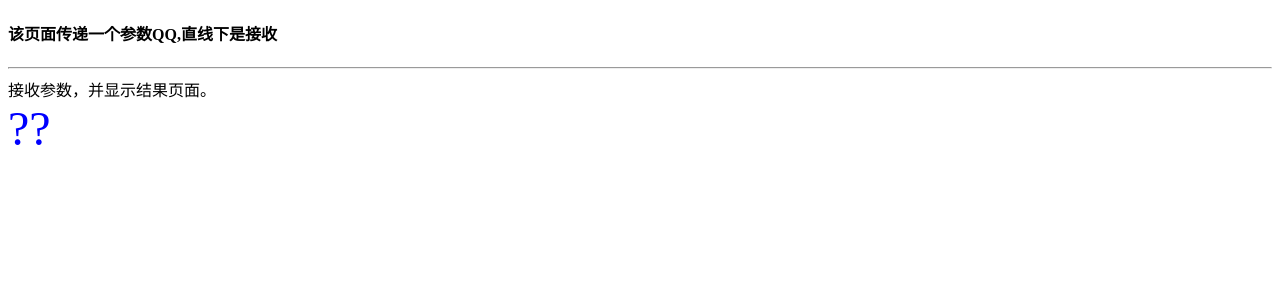
Repository: jhonprice/datecode
Page: http://localhost/jsp_study/3_5_1.jsp
An editor plug-in stored every save of this project. The page is shown before and after the next save, followed by the edit.
The browser window is 1280 px wide. The pictures show the whole page.
The page is served by Tomcat 9.

Above is the page before, as saved 2015-11-01 12:02:06.

### java空间/jsp_study/WebContent/3_5_1.jsp
<%@ page language="java" contentType="text/html; charset=UTF-8"
    pageEncoding="UTF-8"%>
<!DOCTYPE html PUBLIC "-//W3C//DTD HTML 4.01 Transitional//EN" "http://www.w3.org/TR/html4/loose.dtd">
<html>
<head>
<meta http-equiv="Content-Type" content="text/html; charset=UTF-8">
<title>传参数页面</title>
</head>
<body>
	<h4>该页面传递一个参数QQ,直线下是接收</h4>
	<hr>
	<jsp:include page="3_5_2.jsp">
		<jsp:param name="Name" value="中国"/>
	</jsp:include>

</body>
</html>

### java空间/jsp_study/WebContent/3_5_2.jsp
<%@ page language="java" contentType="text/html; charset=UTF-8"
    pageEncoding="UTF-8"%>
<!DOCTYPE html PUBLIC "-//W3C//DTD HTML 4.01 Transitional//EN" "http://www.w3.org/TR/html4/loose.dtd">
<html>
<head>
<meta http-equiv="Content-Type" content="text/html; charset=UTF-8">
<title>接收参数界面</title>
</head>
<body>
	接收参数，并显示结果页面。<br>
	<%String str=request.getParameter("Name"); %>
	<font color="blue" size="12"><%=str %></font>
</body>
</html>

After the next save:
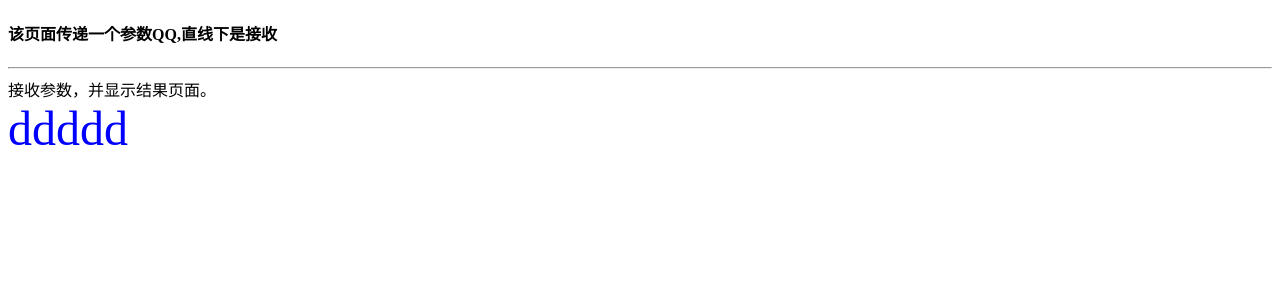
Saved 47 s later.
--- a/java空间/jsp_study/WebContent/3_5_1.jsp
+++ b/java空间/jsp_study/WebContent/3_5_1.jsp
@@ -10,7 +10,7 @@
 	<h4>该页面传递一个参数QQ,直线下是接收</h4>
 	<hr>
 	<jsp:include page="3_5_2.jsp">
-		<jsp:param name="Name" value="中国"/>
+		<jsp:param name="Name" value="ddddd"/>
 	</jsp:include>
 
 </body>
